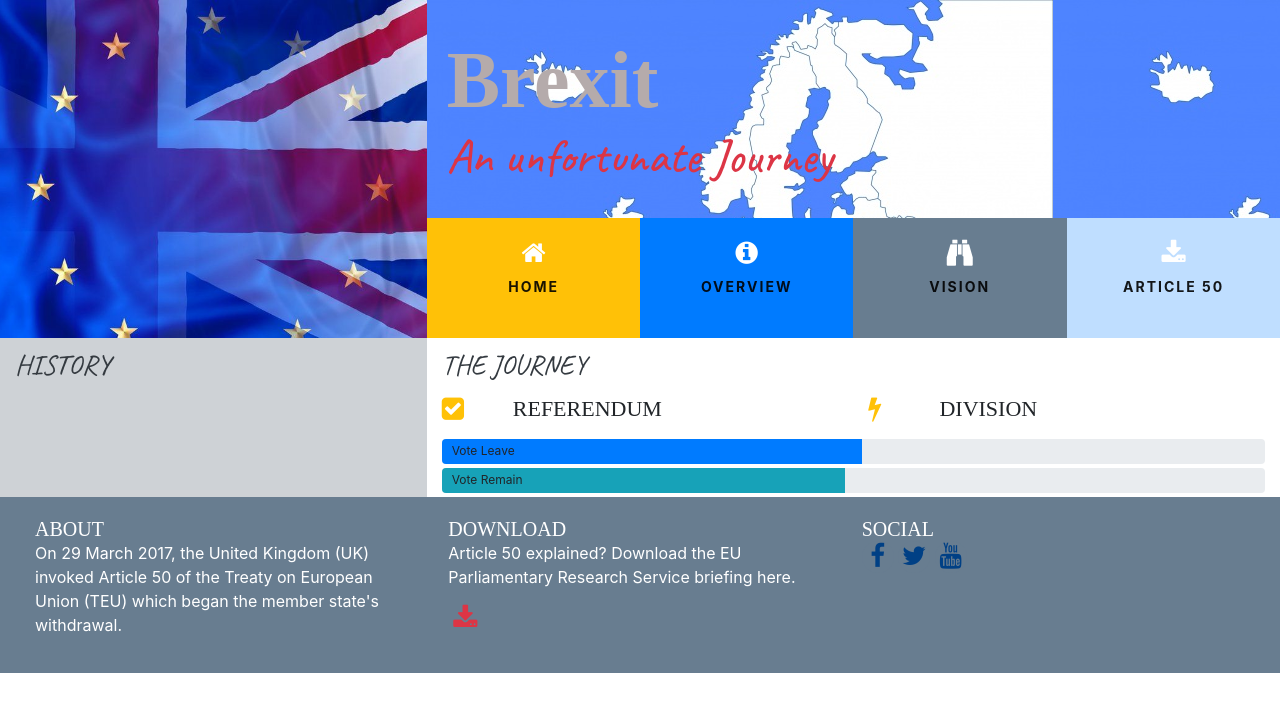
Repository: isiko1/Milestone_Project_One
Page: overview.html
The author's editor kept a record of every edit. The page is drawn from the files as they stood at one moment, then again after the next edit.
The browser window is 1280 px wide. The pictures show the whole page.
Some web fonts or font styles are not loaded; a fallback is used.

Above is the page before.

After the next edit:
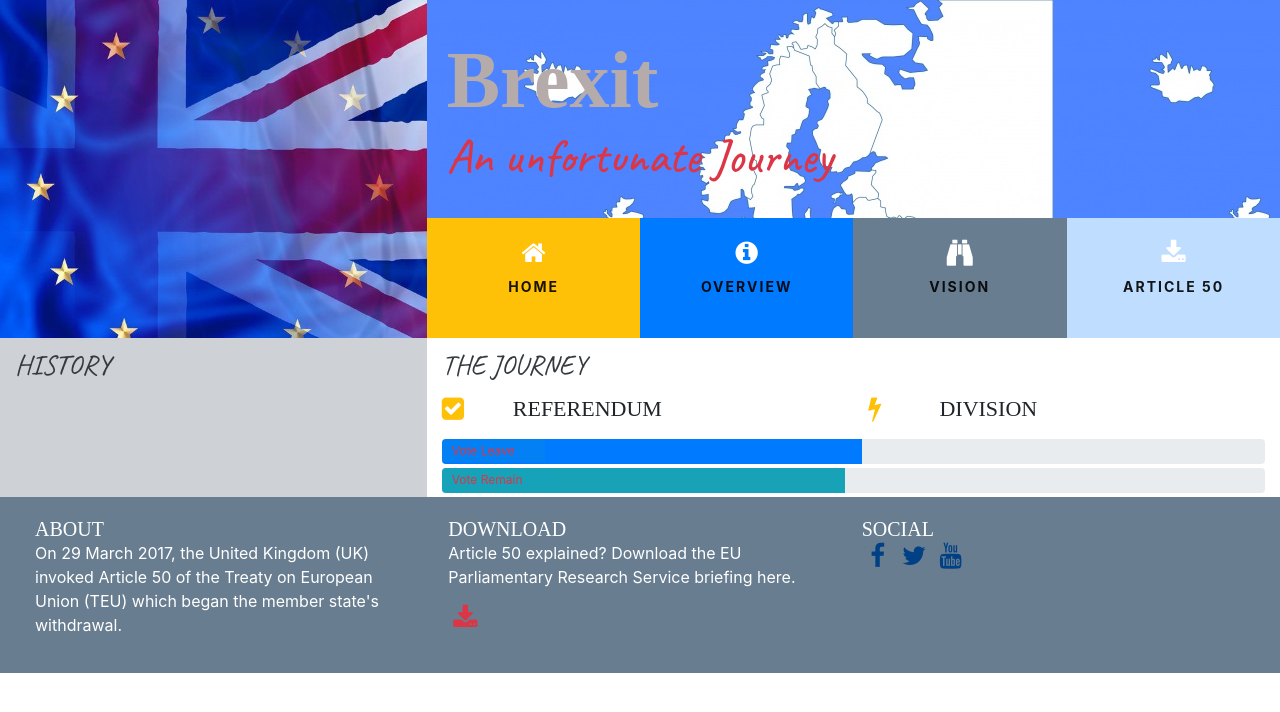
The edit:
--- a/info/css/style.css
+++ b/info/css/style.css
@@ -259,6 +259,6 @@
     left: 0px;
     font-weight: 400;
     padding: 3px 30px 2px 10px;
-    color: ;
-    background-color: ;
-}
+    color:#dc3545;
+    background-color: #17a2b829;
+}
